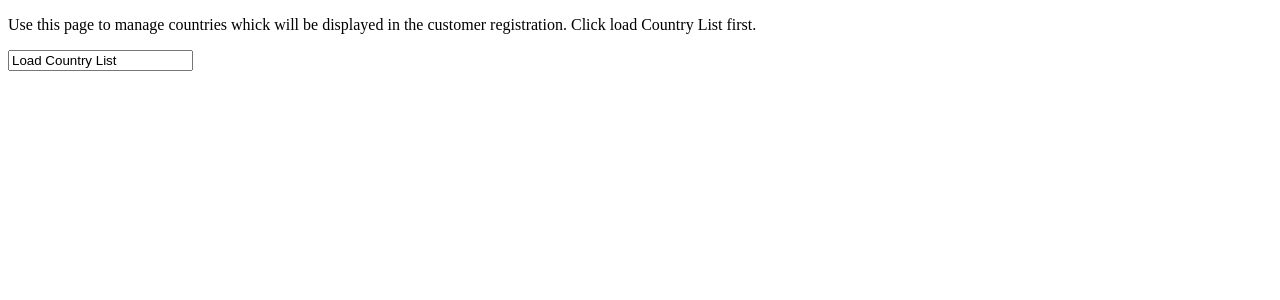
Repository: theAnh-js/Spring-Boot-E-commerce
Page: http://localhost/settings/states
These files come from the project's save history. The page is drawn as it stood at one moment and after the next save; the edit follows.
The browser window is 1280 px wide. The pictures show the whole page.
The page is this project's Thymeleaf template; nobody is signed in. The template is opened directly, without the code that normally fills it, so the values that code supplies are empty.

Above is the page before, as saved 2024-02-15 03:46:21.

### ShopmeProject/ShopmeWebParent/ShopmeBackEnd/src/main/resources/templates/settings/states.html
<!DOCTYPE html>
<html xmlns:th="http://www.thymeleaf.org">
<body>
<div th:fragment = "content" th:remove="tag">
	<div>
		<p>
			Use this page to manage countries whick will be displayed in the customer registration.
			Click load Country List first.
		</p>
	</div>
	<div>
		<input class="btn btn-primary" value="Load Country List"/>
	</div>

</div>
</body>
</html>

After the next save:
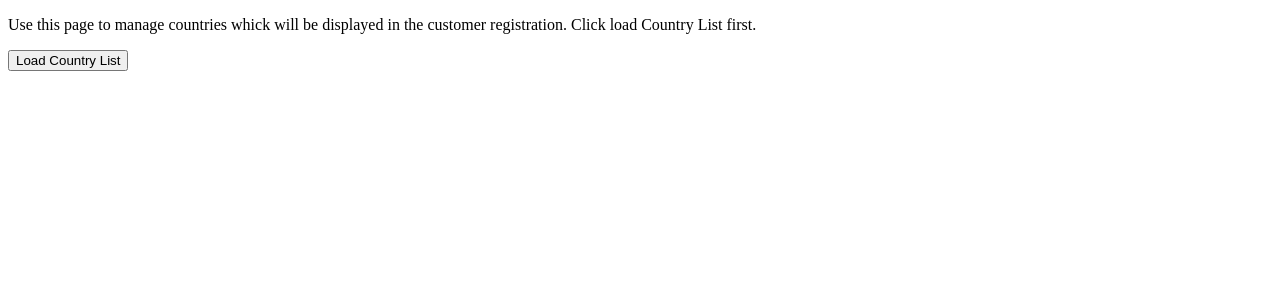
Saved 17 s later.
--- a/ShopmeProject/ShopmeWebParent/ShopmeBackEnd/src/main/resources/templates/settings/states.html
+++ b/ShopmeProject/ShopmeWebParent/ShopmeBackEnd/src/main/resources/templates/settings/states.html
@@ -9,7 +9,7 @@
 		</p>
 	</div>
 	<div>
-		<input class="btn btn-primary" value="Load Country List"/>
+		<input type="button" class="btn btn-primary" value="Load Country List"/>
 	</div>
 
 </div>
